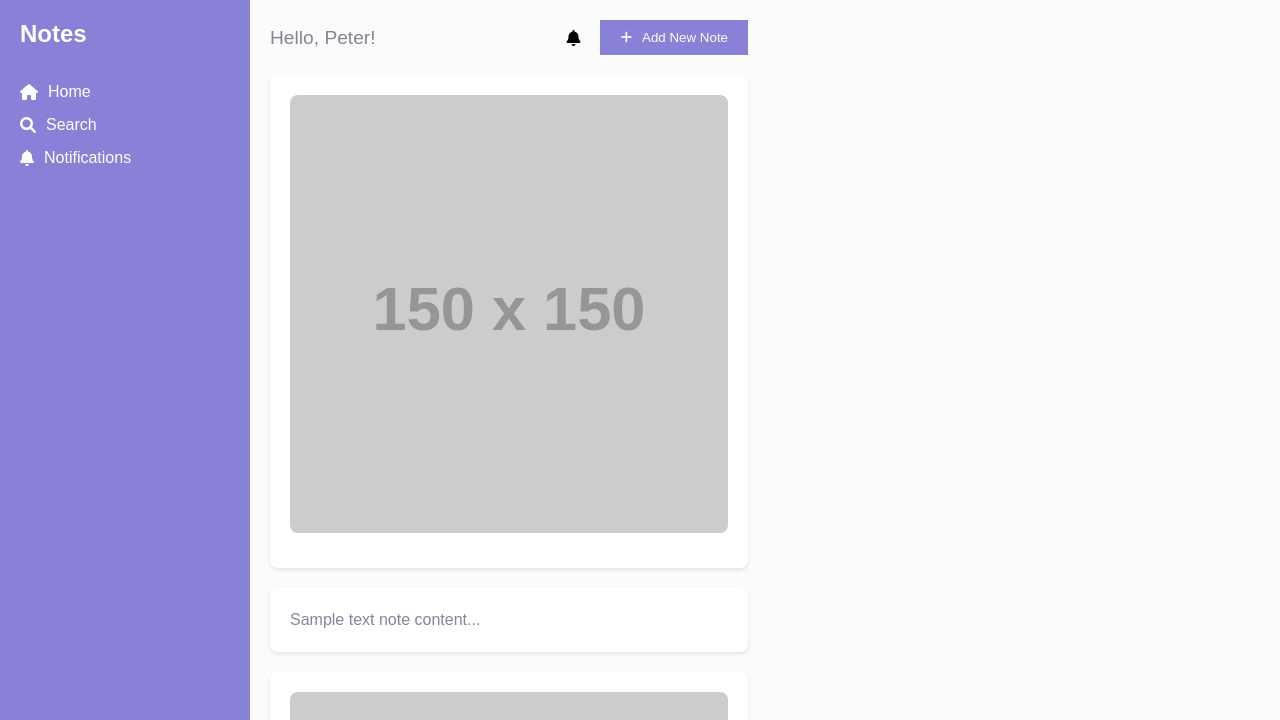
Repository: SatenikGabrielyan/HTML_CSS-_Assignment
Page: index.html
An editor plug-in stored every save of this project. The page is shown before and after a run of saves, followed by the edit.
The browser window is 1280 px wide. The pictures show the whole page.
An inner scrolling area shows only its first screen.

Above is the page before, as saved 2025-03-16 23:45:22.

After the next 8 saves:
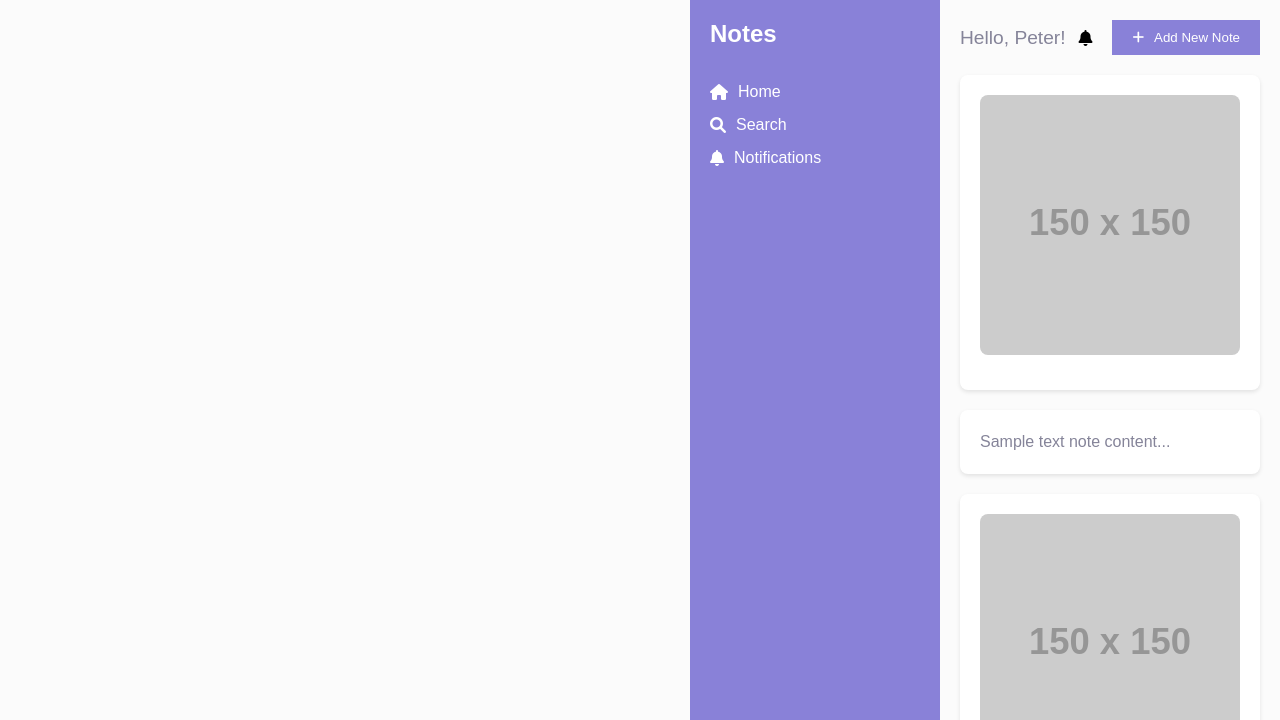
The 8 saves are shown as one change because they came seconds apart.
The last was saved 18 s later.
--- a/style.css
+++ b/style.css
@@ -22,7 +22,8 @@
     height: 100vh;
   }
   .cont{
-      di
+      display: flex;
+      width: 100%;
   }
   .container {
     display: flex;
